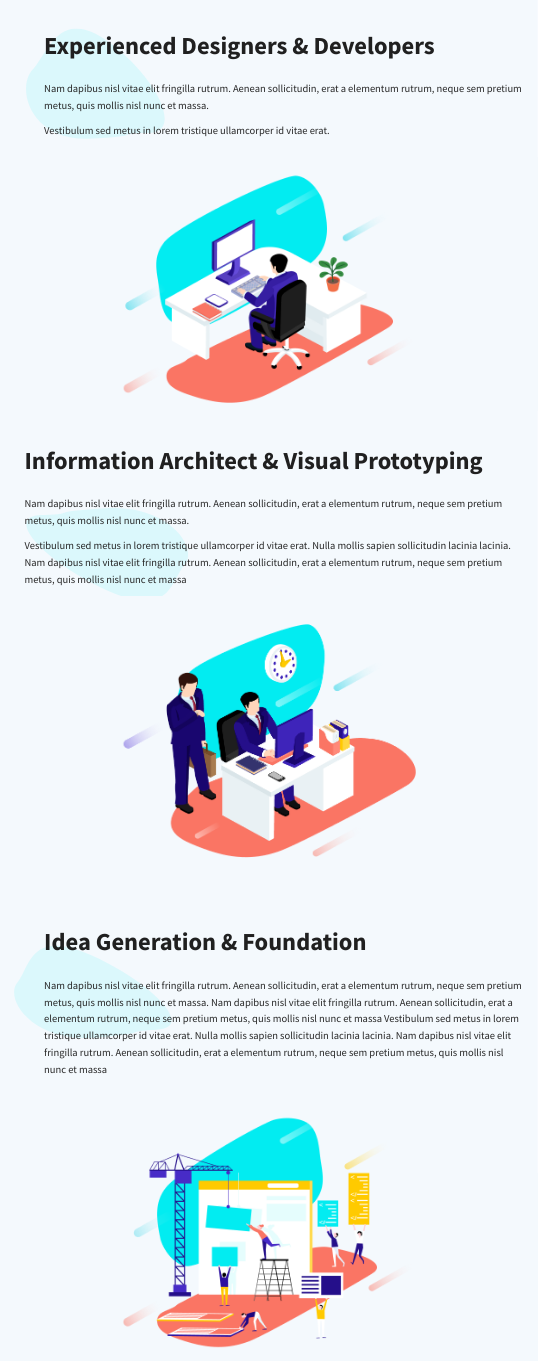
Repository: advert31337/marafon_from0to1_MartaUP
Page: index.html
These files come from the project's save history. The page is drawn as it stood at one moment and after the next save; the edit follows.
The browser window is 768 px wide. The pictures show the part of the page from y = 1592 to 3832 px (the page is 3536 px tall before and 3941 px after), at 70% of full size.

Above is the page before, as saved 2020-03-08 17:48:36.

After the next save:
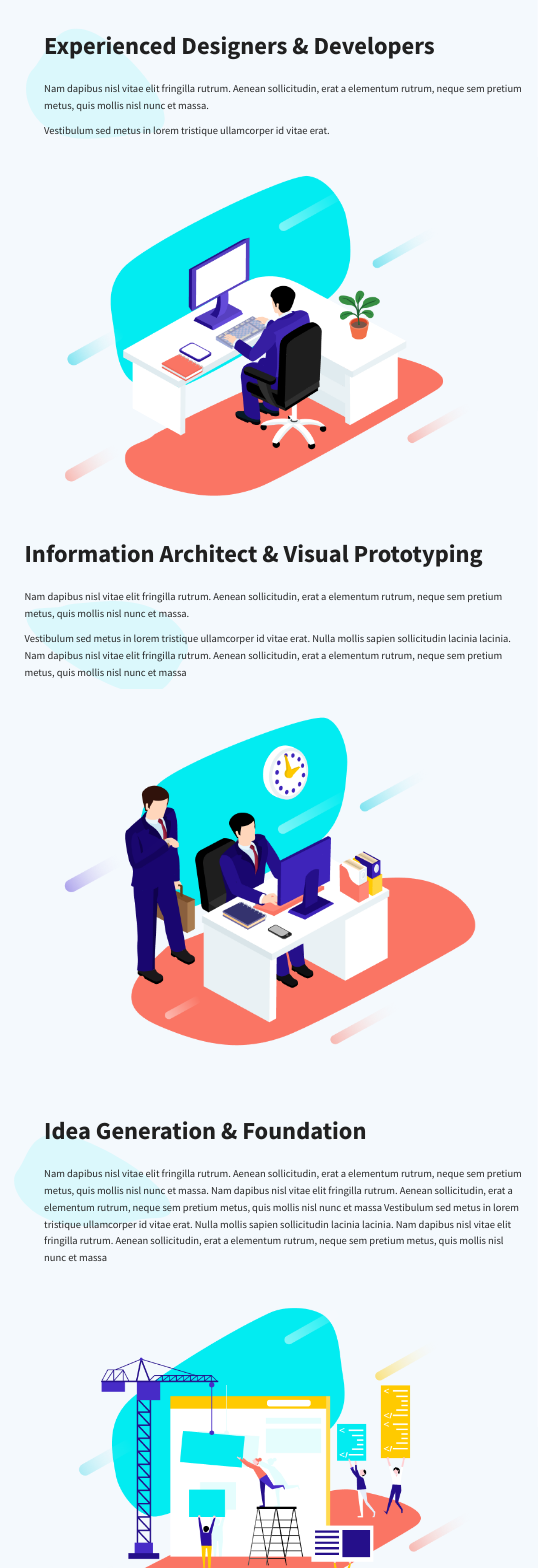
Saved 60 s later.
--- a/css/style.css
+++ b/css/style.css
@@ -424,6 +424,10 @@ a {
     .advantages-box--right .advantages-box__info{
         order: 0;
     }
+
+    .advantages-box__img{
+        width: 100%;
+    }
 }
 
 @media (max-width: 775px) {
